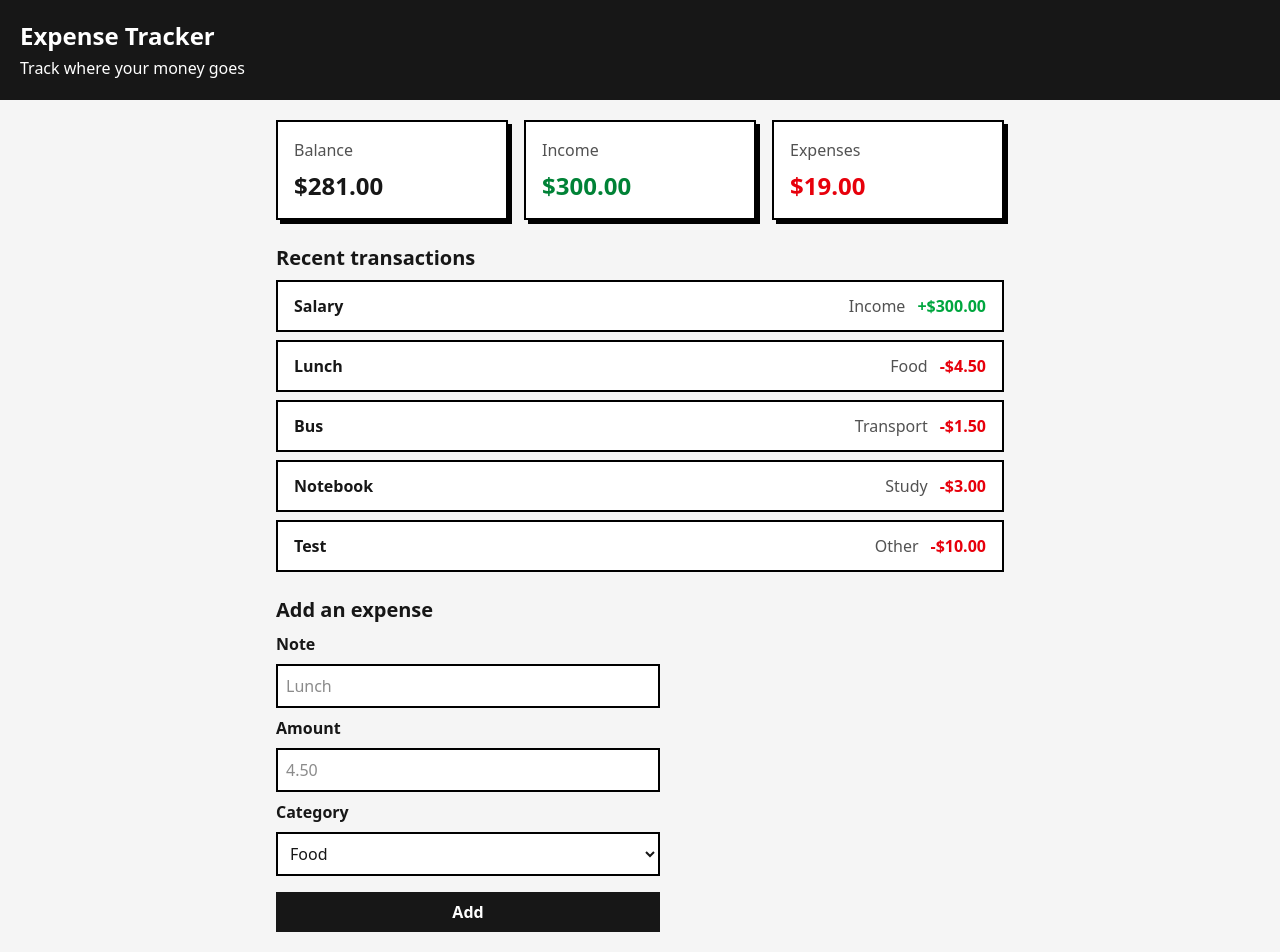
Repository: Keanbunheng/html-basics-Day1_AI
Page: expense-tracker-w2-d4-start/index.html
The author's editor kept a copy of each file at every save. The page is drawn from the files as they stood at one save, then again after a run of saves.
The browser window is 1280 px wide. The pictures show the whole page.

Above is the page before, as saved 2026-11-17 21:16:27.

After the next 2 saves:
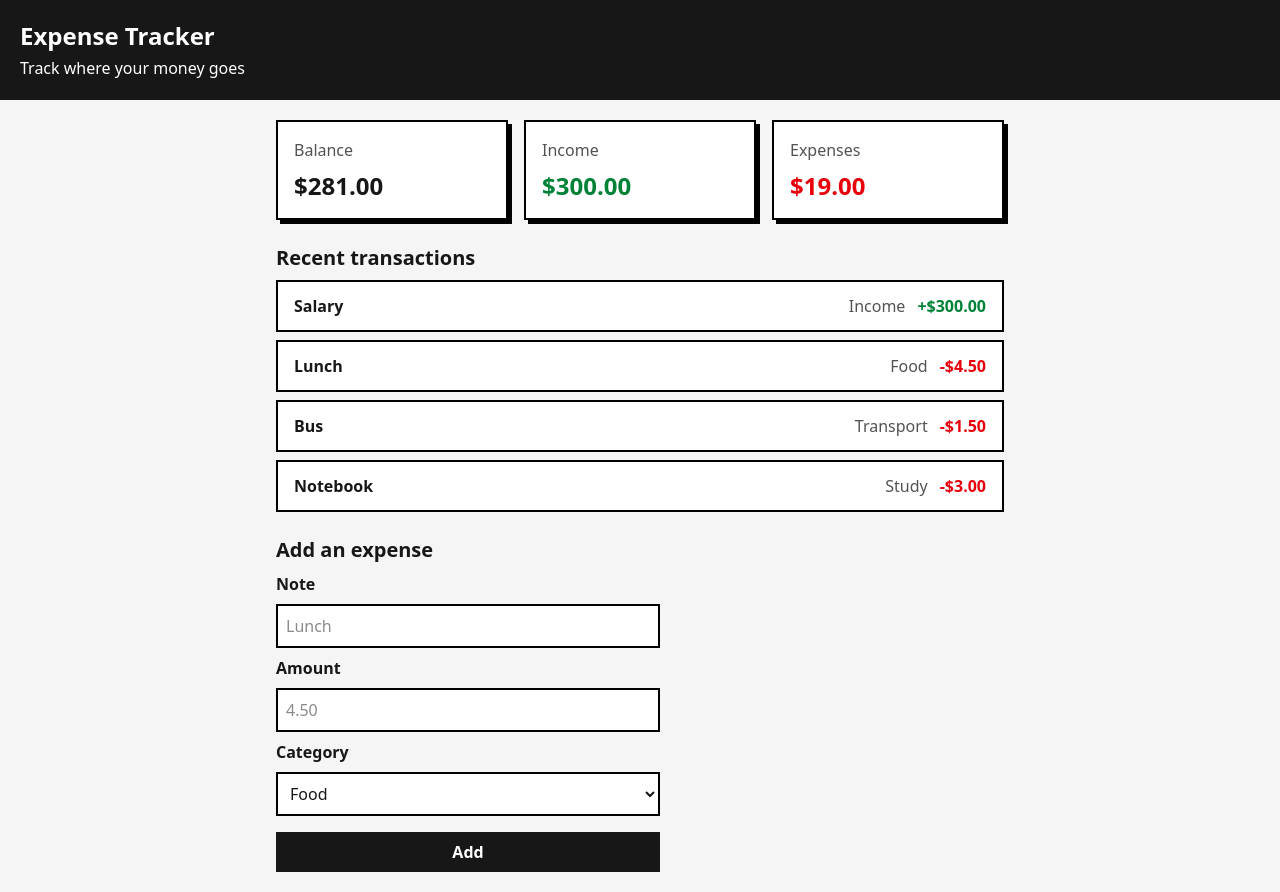
The 2 saves are shown as one change because they came seconds apart.
The last was saved 9 s later.
--- a/expense-tracker-w2-d4-start/app.js
+++ b/expense-tracker-w2-d4-start/app.js
@@ -98,10 +98,24 @@ check('total of empty list', totalCents([]), 0);
 check('total expenses of empty list', totalExpenses([]), 0);
 check('original list not changed', transactions.length, 4); // after addTransaction
 
-function ListShow(){
-
+function ListShow() {
+  const lists = document.querySelector('#list-container');
+  lists.innerHTML = transactions
+    .map((ele) => {
+      let isExpense = true;
+      if (ele.type != 'expense') {
+        isExpense = false;
+      }
+      return `
+  <li class="mb-2 flex flex-col gap-1 border-2 border-black bg-white px-4 py-3 sm:flex-row sm:justify-between sm:gap-3">
+    <span class="flex-1 font-semibold">${ele.note}</span>
+    <span class="text-neutral-600">${ele.category}</span>
+    <span class="font-bold ${isExpense ? 'text-red-600' : 'text-green-600'}">${isExpense ? '-' : '+'}${formatMoney(ele.amountCents)}</span>
+  </li>
+`;
+    })
+    .join('');
 }
-
 
 transactions.push({
   id: 9,
@@ -110,22 +124,7 @@ transactions.push({
   type: 'expense',
   amountCents: 1000,
 });
-const lists = document.querySelector('#list-container');
-lists.innerHTML = transactions
-  .map((ele) => {
-    let isExpense = true;
-    if (ele.type != 'expense') {
-      isExpense = false;
-    }
-    return `
-  <li class="mb-2 flex flex-col gap-1 border-2 border-black bg-white px-4 py-3 sm:flex-row sm:justify-between sm:gap-3">
-    <span class="flex-1 font-semibold">${ele.note}</span>
-    <span class="text-neutral-600">${ele.category}</span>
-    <span class="font-bold ${isExpense ? 'text-red-600' : 'text-green-600'}">${isExpense ? '-' : '+'}${formatMoney(ele.amountCents)}</span>
-  </li>
-`;
-  })
-  .join('');
+
 const sum = summarize(transactions);
 const totalMoney = (document.getElementById('total-money').innerText =
   formatMoney(sum.balanceCents));
